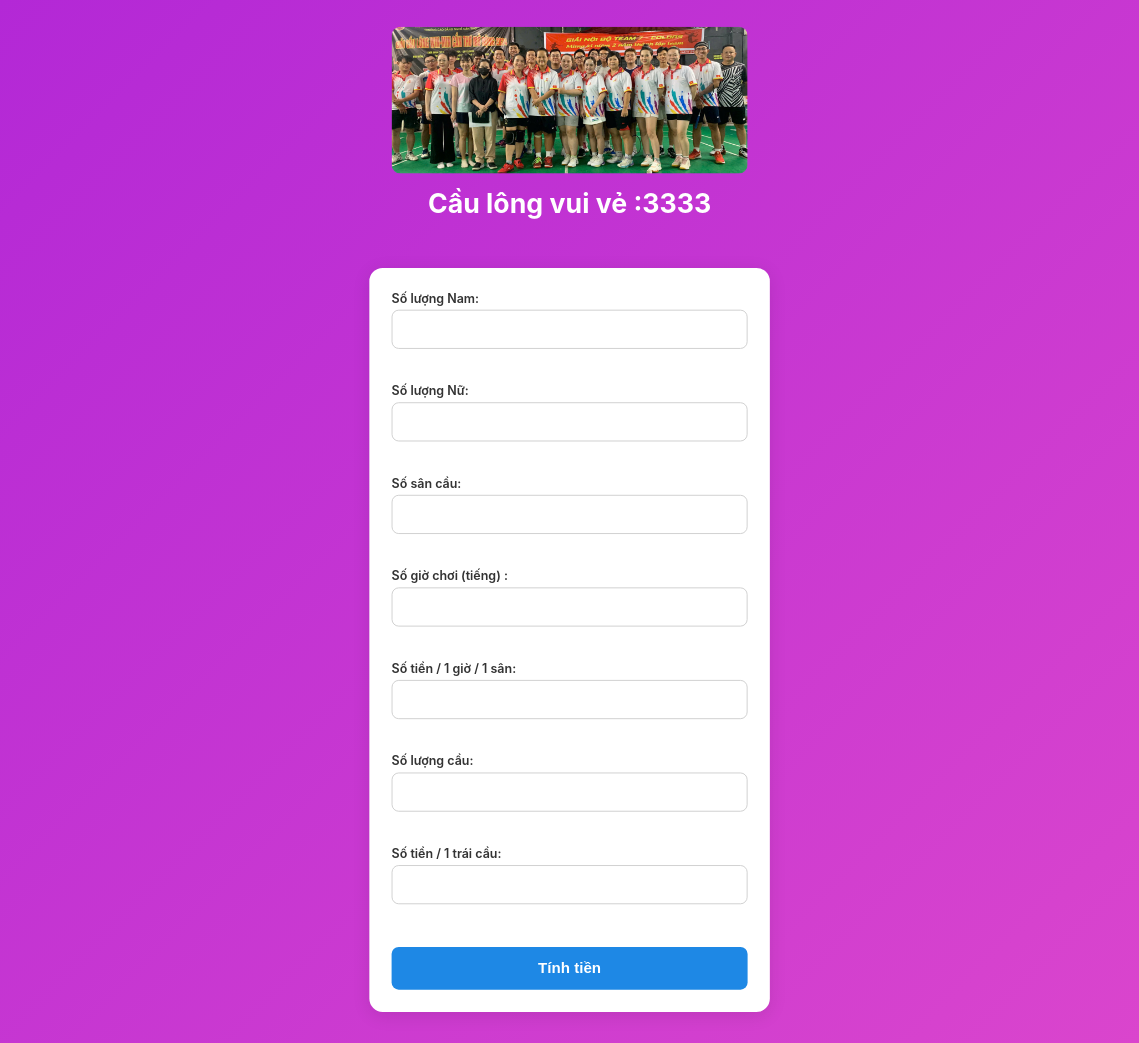
Repository: LuongPTCE181311/Badminton
Page: index.html
An editor plug-in stored every save of this project. The page is shown before and after the next save, followed by the edit.
The browser window is 1280 px wide. The pictures show the whole page, at 89% of full size.

Above is the page before, as saved 2025-12-07 22:26:11.

### index.html
<!DOCTYPE html>
<html lang="vi">

<head>
    <meta charset="UTF-8" />
    <meta name="viewport" content="width=device-width, initial-scale=1.0" />
    <title>Tính Tiền Sân Cầu Lông</title>
    <link rel="stylesheet" href="assets/css/style.css" />
</head>

<body>


    <div class="hero">
        <img src="assets/images/Caulongvuive.jpg" id="img" class="hero-img" alt="Group" />
        <h1 class="title">Cầu lông vui vẻ :3333</h1>
    </div>


    <div class="container">
        <form id="calcForm">


            <div class="form-group">
                <label>Số lượng Nam:</label>
                <input type="number" id="men" />
                <span class="error" id="men_err"></span>
            </div>


            <div class="form-group">
                <label>Số lượng Nữ:</label>
                <input type="number" id="women" />
                <span class="error" id="women_err"></span>
            </div>


            <div class="form-group">
                <label>Số sân cầu:</label>
                <input type="number" id="courts" />
                <span class="error" id="courts_err"></span>
            </div>


            <div class="form-group">
                <label>Số giờ chơi (tiếng) :</label>
                <input type="number" id="hours" />
                <span class="error" id="hours_err"></span>
            </div>


            <div class="form-group">
                <label>Số tiền / 1 giờ / 1 sân:</label>
                <input type="number" id="pricePerHour" />
                <span class="error" id="pricePerHour_err"></span>
            </div>


            <div class="form-group">
                <label>Số lượng cầu:</label>
                <input type="number" id="shuttleCount" />
                <span class="error" id="shuttleCount_err"></span>
            </div>


            <div class="form-group">
                <label>Số tiền / 1 trái cầu:</label>
                <input type="number" id="pricePerShuttle" />
                <span class="error" id="pricePerShuttle_err"></span>
            </div>


            <button type="button" id="calculateBtn" class="btn">Tính tiền</button>
        </form>
    </div>


    <div id="resultModal" class="modal hidden">
        <div class="modal-content">
            <h2>Kết Quả Tính Tiền</h2>
            <div id="result"></div>
            <button id="closeModal" class="close-btn">Đóng</button>
        </div>
    </div>


    <script src="assets/js/main.js"></script>
</body>

</html>

### assets/css/style.css
* {
  box-sizing: border-box;
}

body {
  margin: 0;
  padding: 10px;
  font-family: -apple-system, BlinkMacSystemFont, "Segoe UI", Roboto,
    "Helvetica Neue", Arial, sans-serif;
  background: linear-gradient(135deg, #b328d6 0%, #da45cd 100%);
  min-height: 100vh;
}

.hero {
  text-align: center;
  padding: 20px 0;
  max-width: 100%;
  overflow: hidden;
}

.hero-img {
  width: 100%;
  max-width: 400px;
  height: auto;
  display: block;
  margin: 0 auto 15px auto;
  border-radius: 10px;
  object-fit: cover;
}

.title {
  font-size: clamp(24px, 5vw, 30px);
  font-weight: bold;
  color: white;
  margin: 10px 0;
  text-shadow: 2px 2px 4px rgba(0, 0, 0, 0 3);
  padding: 0 15px;
}

.container {
  width: calc(100% - 20px);
  max-width: 450px;
  margin: 25px auto;
  background: white;
  padding: 25px;
  border-radius: 15px;
  box-shadow: 0 4px 20px rgba(0, 0, 0, 0.1);
}

.form-group {
  margin-bottom: 15px;
}

label {
  font-weight: 600;
  display: block;
  margin-bottom: 5px;
  font-size: 14px;
  color: #333;
}

input {
  width: 100%;
  padding: 12px;
  border-radius: 8px;
  border: 1px solid #ccc;
  transition: 0.3s;
  font-size: 16px;
  -webkit-appearance: none;
  appearance: none;
}

input:focus {
  outline: none;
  border-color: #1e88e5;
  box-shadow: 0 0 0 3px rgba(30, 136, 229, 0.1);
}

input.error-border {
  border-color: #e53935 !important;
}

.error {
  font-size: 12px;
  color: #e53935;
  display: block;
  margin-top: 5px;
  min-height: 18px;
}

.btn {
  width: 100%;
  padding: 14px;
  background: #1e88e5;
  color: white;
  font-size: 17px;
  font-weight: 600;
  border: none;
  border-radius: 8px;
  cursor: pointer;
  transition: background 0.3s, transform 0.1s;
  margin-top: 10px;
}

.btn:hover {
  background: #1976d2;
}

.btn:active {
  transform: scale(0.98);
}

.modal {
  position: fixed;
  inset: 0;
  background: rgba(0, 0, 0, 0.5);
  display: flex;
  justify-content: center;
  align-items: center;
  z-index: 1000;
  padding: 20px;
}

.hidden {
  display: none !important;
}

.modal-content {
  background: white;
  padding: 25px;
  width: calc(100% - 40px);
  max-width: 400px;
  border-radius: 15px;
  text-align: left;
  box-shadow: 0 4px 15px rgba(0, 0, 0, 0.2);
  max-height: 90vh;
  overflow-y: auto;
}

.modal-content h2 {
  margin-top: 0;
  margin-bottom: 20px;
  text-align: center;
  color: #333;
  font-size: clamp(20px, 4vw, 24px);
}

#result {
  line-height: 1.8;
  font-size: 14px;
  color: #555;
}

#result b {
  color: #333;
}

. close-btn {
  margin-top: 20px;
  background: #e53935;
  color: white;
  padding: 12px;
  width: 100%;
  border: none;
  border-radius: 8px;
  cursor: pointer;
  font-size: 16px;
  font-weight: 600;
  transition: background 0.3s, transform 0.1s;
}

.close-btn:hover {
  background: #d32f2f;
}

. close-btn:active {
  transform: scale(0.98);
}

/* Tablet devices */
@media screen and (max-width: 768px) {
  body {
    padding: 10px;
  }

  . container {
    width: calc(100% - 20px);
    margin: 20px auto;
    padding: 20px;
  }

  . hero {
    padding: 15px 0;
  }

  .hero-img {
    max-width: 350px;
  }
}

/* Mobile devices */
@media screen and (max-width: 480px) {
  body {
    padding: 10px;
  }

  .container {
    width: calc(100% - 20px);
    margin: 15px auto;
    padding: 20px 15px;
    border-radius: 12px;
  }

  .hero {
    padding: 10px 0;
  }

  . hero-img {
    max-width: 100%;
    width: calc(100% - 20px);
    margin: 0 auto 10px auto;
  }

  .title {
    font-size: 22px;
    padding: 0 10px;
  }

  . form-group {
    margin-bottom: 12px;
  }

  label {
    font-size: 14px;
  }

  input {
    padding: 12px;
    font-size: 16px;
  }

  .btn {
    padding: 14px;
    font-size: 16px;
  }

  . modal {
    padding: 15px;
  }

  .modal-content {
    width: calc(100% - 30px);
    padding: 20px;
    border-radius: 12px;
  }

  .modal-content h2 {
    font-size: 20px;
    margin-bottom: 15px;
  }

  #result {
    font-size: 13px;
    line-height: 1.7;
  }

  .close-btn {
    padding: 12px;
    font-size: 15px;
  }
}

/* Very small mobile devices */
@media screen and (max-width: 360px) {
  body {
    padding: 8px;
  }

  . container {
    width: calc(100% - 16px);
    padding: 15px 12px;
  }

  . title {
    font-size: 20px;
  }

  . hero-img {
    width: calc(100% - 16px);
  }

  input {
    padding: 10px;
  }

  .btn {
    padding: 12px;
    font-size: 15px;
  }

  .modal-content {
    width: calc(100% - 24px);
    padding: 15px;
  }

  #result {
    font-size: 12px;
  }
}

/* Landscape orientation on mobile */
@media screen and (max-height: 600px) and (orientation: landscape) {
  body {
    padding: 5px;
  }

  . hero {
    padding: 5px 0;
  }

  .hero-img {
    max-width: 200px;
    max-height: 120px;
    margin-bottom: 5px;
  }

  .title {
    font-size: 18px;
    margin: 5px 0;
  }

  .container {
    margin: 10px auto;
    width: calc(100% - 10px);
    max-width: 600px;
  }

  . modal-content {
    max-height: 85vh;
  }
}

### assets/js/main.js
// ===================== VALIDATION =========================

function setError(id, message) {
  const input = document.getElementById(id);
  const err = document.getElementById(id + "_err");
  err.textContent = message;
  input.classList.add("error-border");
}

function clearError(id) {
  const input = document.getElementById(id);
  const err = document.getElementById(id + "_err");
  err.textContent = "";
  input.classList.remove("error-border");
}

function validateField(id) {
  const value = document.getElementById(id).value.trim();

  switch (id) {
    case "men":
    case "women":
      if (value === "" || isNaN(value) || parseInt(value) < 0) {
        setError(id, "Giá trị phải ≥ 0");
        return false;
      }
      // Kiểm tra cả nam và nữ đều là 0
      const men = parseInt(document.getElementById("men").value) || 0;
      const women = parseInt(document.getElementById("women").value) || 0;
      if (men === 0 && women === 0) {
        setError(id, "Nam + Nữ phải ≥ 1");
        return false;
      }
      break;

    case "courts":
      if (value === "" || isNaN(value) || parseInt(value) <= 0) {
        setError(id, "Số sân phải > 0");
        return false;
      }
      break;

    case "hours":
      if (value === "" || isNaN(value) || parseFloat(value) <= 0) {
        setError(id, "Số giờ phải > 0 (cho phép thập phân)");
        return false;
      }
      break;

    case "pricePerHour":
      if (value === "" || isNaN(value) || parseInt(value) < 1000) {
        setError(id, "Tiền / giờ phải ≥ 1000đ");
        return false;
      }
      break;

    case "shuttleCount":
      if (value === "" || isNaN(value) || parseInt(value) <= 0) {
        setError(id, "Số lượng cầu phải > 0");
        return false;
      }
      break;

    case "pricePerShuttle":
      if (value === "" || isNaN(value) || parseInt(value) < 1000) {
        setError(id, "Tiền 1 trái cầu phải ≥ 1000đ");
        return false;
      }
      break;
  }

  clearError(id);
  return true;
}

// Gắn validate realtime
[
  "men",
  "women",
  "courts",
  "hours",
  "pricePerHour",
  "shuttleCount",
  "pricePerShuttle",
].forEach((id) => {
  document.getElementById(id).addEventListener("input", () => {
    validateField(id);
    // Khi thay đổi nam hoặc nữ, validate cả 2 trường
    if (id === "men" || id === "women") {
      const otherId = id === "men" ? "women" : "men";
      validateField(otherId);
    }
  });
});

// ===================== MODAL =========================

function closeModal() {
  document.getElementById("resultModal").classList.add("hidden");
}

function openModal() {
  document.getElementById("resultModal").classList.remove("hidden");
}

document.getElementById("closeModal").addEventListener("click", closeModal);

function roundUpToThousand(num) {
  return Math.ceil(num / 1000) * 1000;
}

// ===================== THUẬT TOÁN TỐI ƯU =========================

function findOptimalSplit(total, men, women) {
  let bestSolution = null;
  let minDifference = Infinity; // Chênh lệch giữa tổng thực tế và tổng dự kiến

  // Thử các chênh lệch từ 3000đ đến 5000đ
  for (let targetDiff = 3000; targetDiff <= 5000; targetDiff += 1000) {
    // Giải hệ phương trình để tìm perMan và perWoman ban đầu
    // perMan * men + perWoman * women = total
    // perMan - perWoman = targetDiff

    let perWoman = (total - targetDiff * men) / (men + women);
    let perMan = perWoman + targetDiff;

    // Làm tròn lên 1000đ
    perWoman = roundUpToThousand(perWoman);
    perMan = roundUpToThousand(perMan);

    // Điều chỉnh để đảm bảo chênh lệch trong khoảng 3000-5000
    while (perMan - perWoman < 3000) {
      perMan += 1000;
    }
    while (perMan - perWoman > 5000) {
      perWoman += 1000;
    }

    // Tính tổng thực tế
    let actualTotal = perMan * men + perWoman * women;

    // Nếu tổng thực tế < tổng dự kiến, tăng dần
    while (actualTotal < total) {
      // Thử tăng perWoman trước (ít ảnh hưởng hơn nếu số nữ ít)
      const option1Woman = perWoman + 1000;
      const option1Total = perMan * men + option1Woman * women;

      // Kiểm tra xem có cần tăng perMan để giữ chênh lệch không
      if (perMan - option1Woman < 3000) {
        perMan += 1000;
      }
      perWoman = option1Woman;
      actualTotal = perMan * men + perWoman * women;
    }

    // Kiểm tra chênh lệch nam/nữ vẫn trong khoảng hợp lệ
    const genderDiff = perMan - perWoman;
    if (genderDiff < 3000 || genderDiff > 5000) {
      continue; // Bỏ qua phương án này
    }

    // So sánh với phương án tốt nhất
    const difference = actualTotal - total;
    if (difference < minDifference) {
      minDifference = difference;
      bestSolution = {
        perMan: perMan,
        perWoman: perWoman,
        actualTotal: actualTotal,
        genderDiff: genderDiff,
      };
    }
  }

  return bestSolution;
}

// ===================== CALCULATE =========================

document.getElementById("calculateBtn").addEventListener("click", function () {
  let ok = true;
  const ids = [
    "men",
    "women",
    "courts",
    "hours",
    "pricePerHour",
    "shuttleCount",
    "pricePerShuttle",
  ];

  ids.forEach((id) => {
    if (!validateField(id)) ok = false;
  });

  if (!ok) return;

  const men = parseInt(document.getElementById("men").value) || 0;
  const women = parseInt(document.getElementById("women").value) || 0;
  const courts = parseInt(document.getElementById("courts").value);
  const hours = parseFloat(document.getElementById("hours").value);
  const pHour = parseInt(document.getElementById("pricePerHour").value);
  const scount = parseInt(document.getElementById("shuttleCount").value);
  const pShut = parseInt(document.getElementById("pricePerShuttle").value);

  // Tính tổng: (số sân × số giờ × giá/giờ) + (số cầu × giá cầu)
  const courtCost = courts * hours * pHour;
  const shuttleCost = scount * pShut;
  const total = courtCost + shuttleCost;

  let perMan = 0,
    perWoman = 0,
    actualTotal = 0;

  if (men > 0 && women > 0) {
    // Sử dụng thuật toán tối ưu
    const solution = findOptimalSplit(total, men, women);
    perMan = solution.perMan;
    perWoman = solution.perWoman;
    actualTotal = solution.actualTotal;

    document.getElementById("result").innerHTML = `
        <b>Chi tiết chi phí:</b><br>
        • Tiền sân: ${courts} sân × ${hours}h × ${pHour.toLocaleString(
      "vi-VN"
    )}đ = ${courtCost.toLocaleString("vi-VN")} VND<br>
        • Tiền cầu: ${scount} cầu × ${pShut.toLocaleString(
      "vi-VN"
    )}đ = ${shuttleCost.toLocaleString("vi-VN")} VND<br><br>

        <b>Tổng dự kiến:</b> ${total.toLocaleString("vi-VN")} VND<br>
        <b>Tổng thực tế:</b> ${actualTotal.toLocaleString("vi-VN")} VND<br>
        <b>Chênh lệch tổng:</b> +${(actualTotal - total).toLocaleString(
          "vi-VN"
        )} VND<br><br>

        <b>Tiền mỗi nam:</b> ${perMan.toLocaleString("vi-VN")} đ (x${men})<br>
        <b>Tiền mỗi nữ:</b> ${perWoman.toLocaleString(
          "vi-VN"
        )} đ (x${women})<br><br>

        <b>Chênh lệch Nam/Nữ:</b> ${(perMan - perWoman).toLocaleString(
          "vi-VN"
        )} đ
    `;
  } else if (men > 0) {
    perMan = roundUpToThousand(total / men);
    actualTotal = perMan * men;

    document.getElementById("result").innerHTML = `
        <b>Chi tiết chi phí:</b><br>
        • Tiền sân: ${courts} sân × ${hours}h × ${pHour.toLocaleString(
      "vi-VN"
    )}đ = ${courtCost.toLocaleString("vi-VN")} VND<br>
        • Tiền cầu: ${scount} cầu × ${pShut.toLocaleString(
      "vi-VN"
    )}đ = ${shuttleCost.toLocaleString("vi-VN")} VND<br><br>

        <b>Tổng dự kiến:</b> ${total.toLocaleString("vi-VN")} VND<br>
        <b>Tổng thực tế:</b> ${actualTotal.toLocaleString("vi-VN")} VND<br>
        <b>Chênh lệch:</b> +${(actualTotal - total).toLocaleString(
          "vi-VN"
        )} VND<br><br>

        <b>Tiền mỗi nam:</b> ${perMan.toLocaleString("vi-VN")} đ (x${men})
    `;
  } else {
    perWoman = roundUpToThousand(total / women);
    actualTotal = perWoman * women;

    document.getElementById("result").innerHTML = `
        <b>Chi tiết chi phí:</b><br>
        • Tiền sân: ${courts} sân × ${hours}h × ${pHour.toLocaleString(
      "vi-VN"
    )}đ = ${courtCost.toLocaleString("vi-VN")} VND<br>
        • Tiền cầu: ${scount} cầu × ${pShut.toLocaleString(
      "vi-VN"
    )}đ = ${shuttleCost.toLocaleString("vi-VN")} VND<br><br>

        <b>Tổng dự kiến:</b> ${total.toLocaleString("vi-VN")} VND<br>
        <b>Tổng thực tế:</b> ${actualTotal.toLocaleString("vi-VN")} VND<br>
        <b>Chênh lệch:</b> +${(actualTotal - total).toLocaleString(
          "vi-VN"
        )} VND<br><br>

        <b>Tiền mỗi nữ:</b> ${perWoman.toLocaleString("vi-VN")} đ (x${women})
    `;
  }

  openModal();
});

After the next save:
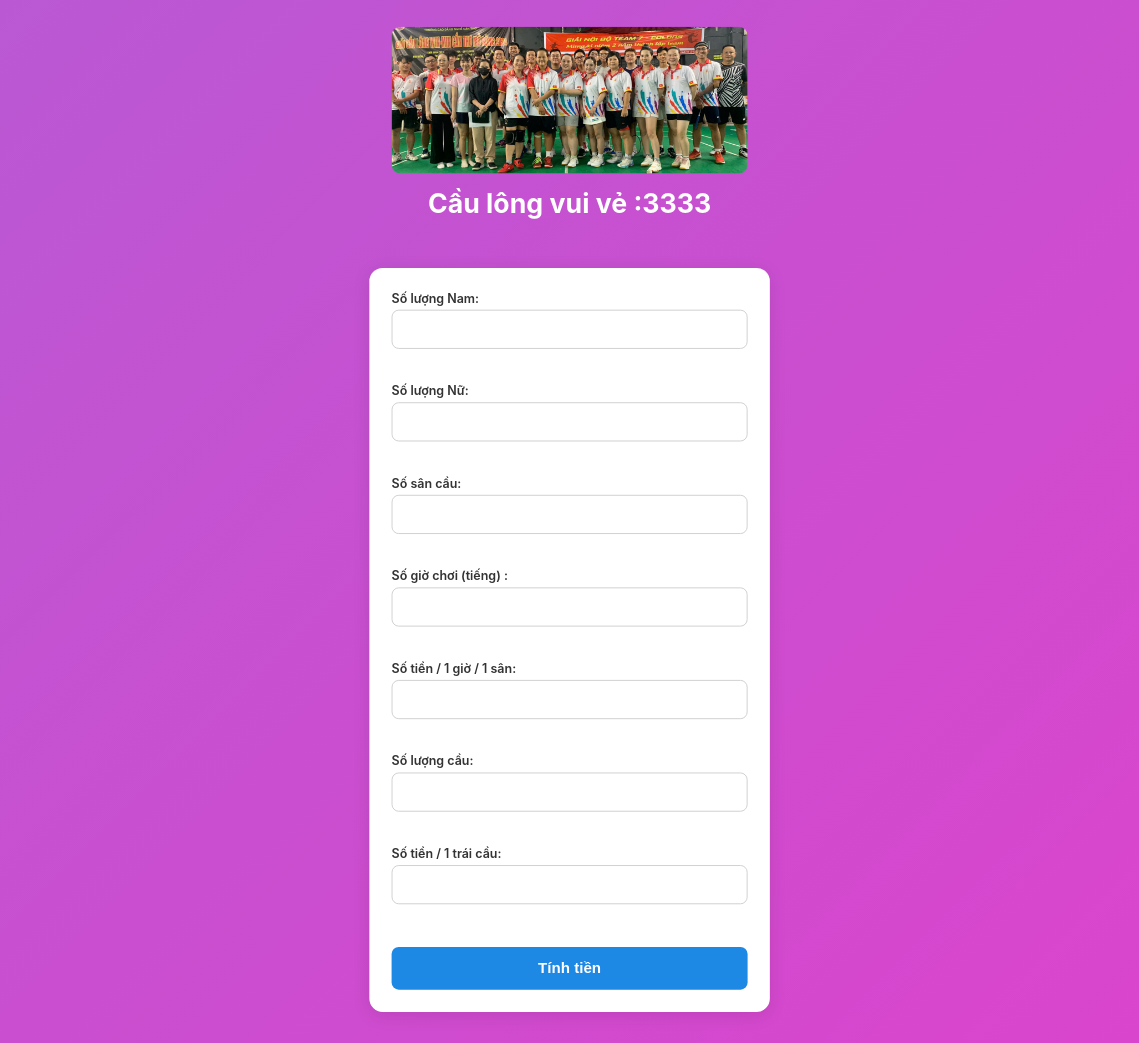
Saved 12 s later.
--- a/assets/css/style.css
+++ b/assets/css/style.css
@@ -7,7 +7,7 @@ body {
   padding: 10px;
   font-family: -apple-system, BlinkMacSystemFont, "Segoe UI", Roboto,
     "Helvetica Neue", Arial, sans-serif;
-  background: linear-gradient(135deg, #b328d6 0%, #da45cd 100%);
+  background: linear-gradient(135deg, #ba58d3 0%, #da45cd 100%);
   min-height: 100vh;
 }
 
